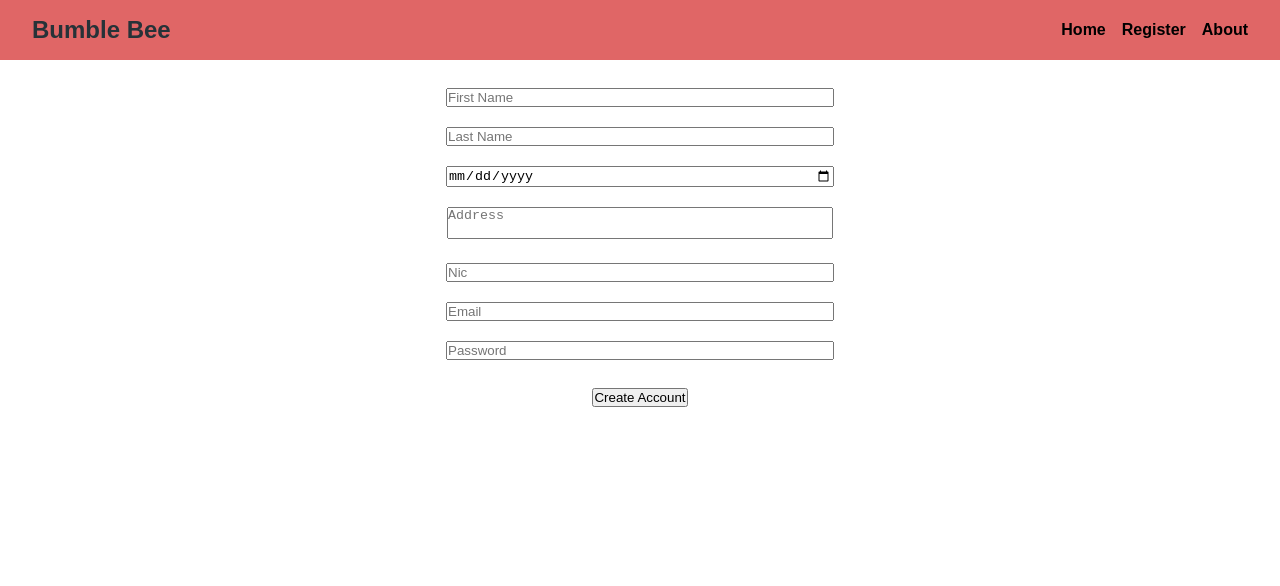
Repository: developerks611/Bumble-bee
Page: http://localhost/Bumble/add-customer.jsp
These files come from the project's save history. The page is drawn as it stood at one moment and after the next save; the edit follows.
The browser window is 1280 px wide. The pictures show the whole page.
The page is served by Tomcat 9.

Above is the page before, as saved 2023-02-28 03:45:15.

After the next save:
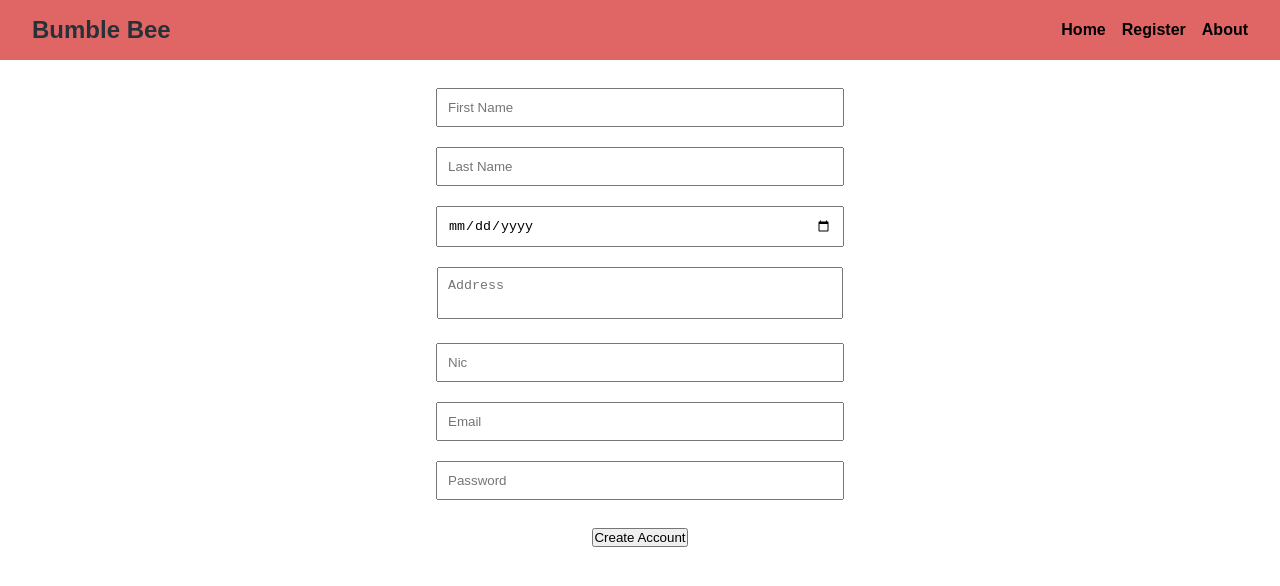
Saved 15 s later.
--- a/Bumble/src/main/webapp/add-customer.jsp
+++ b/Bumble/src/main/webapp/add-customer.jsp
@@ -51,7 +51,8 @@ nav a {
 
 	width:30%;
 	height:auto;
-	margin:10px;;
+	margin:10px;
+	padding:10px;
 }
 
 
